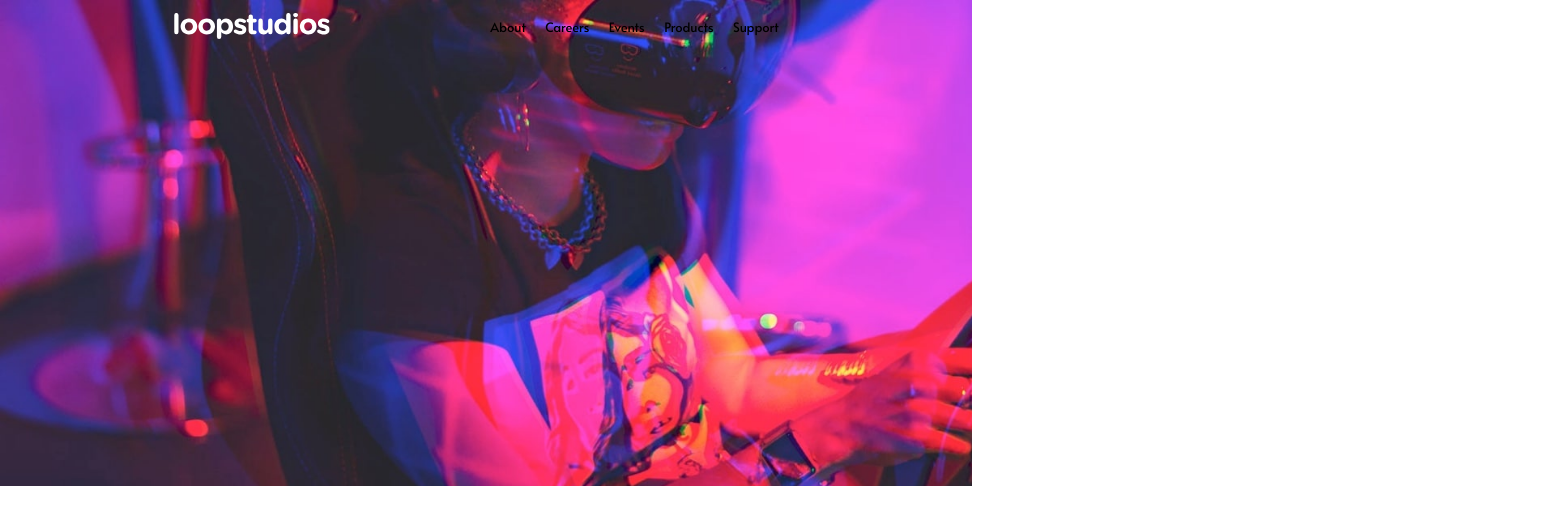
Repository: gligor99/loopstudios-fm
Page: /
The author's editor kept a copy of each file at every save. The page is drawn from the files as they stood at one save, then again after the next save.
The browser window is 1280 px wide. The page is 1280 px wide, then 1920 px, so the pictures cover 1920 px, including what lies to the right of the window. The pictures show the whole page, at 81% of full size.
The project was rebuilt for these pictures with package versions that can differ from the ones it lists, and the page was loaded fresh each time.

Above is the page before, as saved 2021-11-28 15:05:27.

### src/index.css
@import url('https://fonts.googleapis.com/css2?family=Alata&family=Josefin+Sans:wght@300&display=swap');

:root {
  --clr-white: hsl(0, 0%, 100%);
  --clr-black: hsl(0, 0%, 0%);
  --clr-dark-gray: hsl(0, 0%, 55%);
  --clr-very-dark-gray: hsl(0, 0%, 41%)
}

*,
::after,
::before {
  margin: 0;
  padding: 0;
  box-sizing: border-box;
}

body {
  font-family: "Alata", sans-serif;
  background: var(--clr-light-grayish-cyan);
  color: var(--clr-grey-1);
  line-height: 1.5;
  font-size: 1rem;
}

### src/App.jsx
import Hero from "./components/Hero/Hero";


function App() {
  return (
    <div className="App">
      <Hero />
    </div>
  );
}

export default App;

### src/components/Hero/Hero.jsx
import React from "react";
import Navbar from "../Navbar/Navbar";
import "./hero.css";

const Hero = () => {
  return (
    <div className="container">
      <Navbar />
    </div>
  );
};

export default Hero;

### src/components/Navbar/Navbar.jsx
import logo from "../../assets/logo.svg";
import "./navbar.css";

const Navbar = () => {
  return (
    <div className="wrapper">
      <img src={logo} alt="logo.svg" />
      <ul>
        <li>
          <a href="/about">About</a>
        </li>
        <li>
          <a href="/careers">Careers</a>
        </li>
        <li>
          <a href="/events">Events</a>
        </li>
        <li>
          <a href="/products">Products</a>
        </li>
        <li>
          <a href="/support">Support</a>
        </li>
      </ul>
    </div>
  );
};

export default Navbar;

### src/components/Hero/hero.css
.container {
    background: url('../../assets/desktop/image-hero.jpg');
    background-repeat: no-repeat;
    height: 600px;
    width: 1200px;
}

### src/components/Navbar/navbar.css
.wrapper {
  display: flex;
  flex-direction: row;
  justify-content: space-evenly;
  align-items: center;
  margin: auto;
  padding: 1rem;
  background-color: transparent;
}
img {
  height: 30%;
}
ul {
  display: flex;
  flex-wrap: nowrap;
  justify-content: space-evenly;
}
li {
  list-style-type: none;
  padding-right: 1.5rem;
}
a {
  position: relative;
  display: inline-block;
  text-decoration: none;
  color: var(--clr-black);
}
a:after {
  content: "";
  position: absolute;
  left: 0;
  top: 100%;
  width: 0;
  height: 1.8px;
  background-color: var(--clr-black);
  transition: width 0.2s ease-in-out;
}
a:hover:after {
  width: 100%;
}

Loaded but not shown: public/index.html (common file); src/index.jsx (common file)

After the next save:
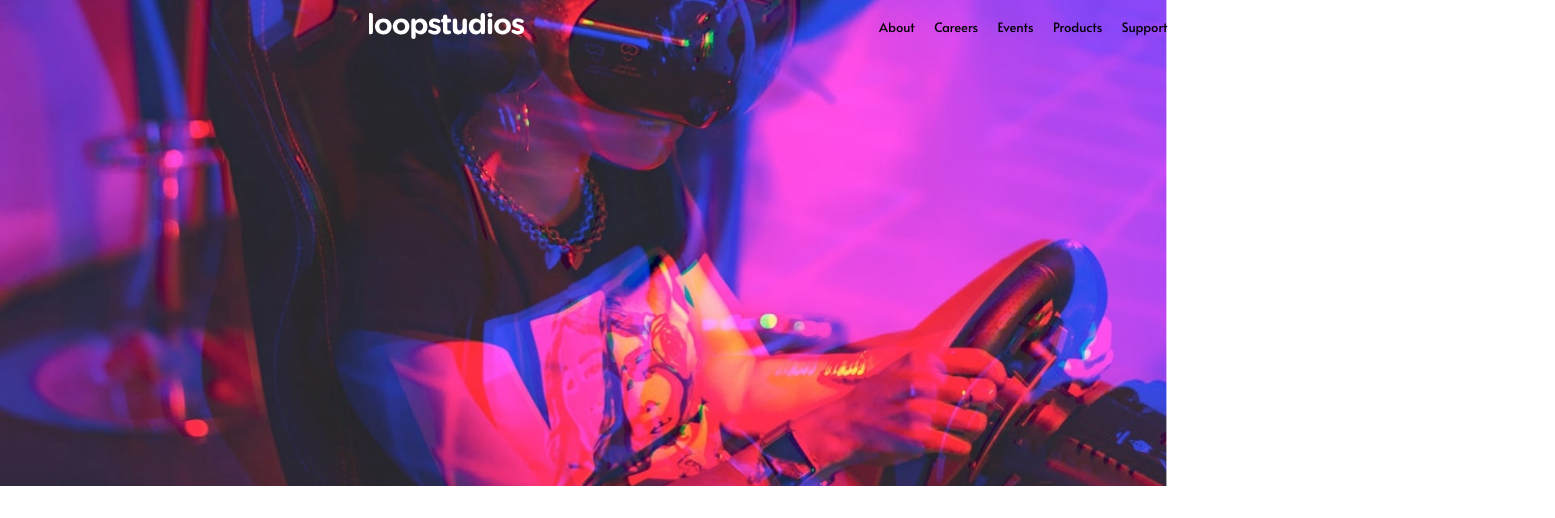
Saved 5 s later.
--- a/src/components/Hero/hero.css
+++ b/src/components/Hero/hero.css
@@ -2,5 +2,5 @@
     background: url('../../assets/desktop/image-hero.jpg');
     background-repeat: no-repeat;
     height: 600px;
-    width: 1200px;
+    width: 1920px;
 }
